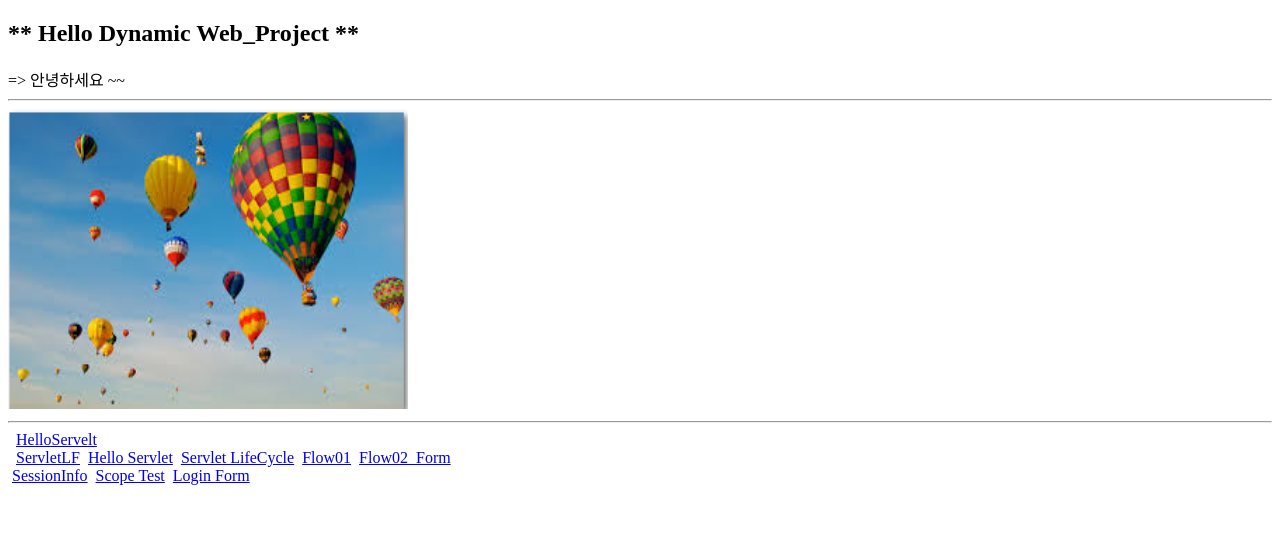
Repository: nameground/Java
Page: http://localhost/Web01/
These files come from the project's save history. The page is drawn as it stood at one moment and after the next save; the edit follows.
The browser window is 1280 px wide. The pictures show the whole page.
The page is served by Tomcat 9. Nobody is signed in. The application's start-up code is not run. Other server files are loaded and not shown.

Above is the page before, as saved 2023-10-12 03:15:12.

### mTest/Mywork/Web01/src/main/webapp/index.jsp
<%@ page language="java" contentType="text/html; charset=UTF-8"
    pageEncoding="UTF-8"%>
<!DOCTYPE html>
<html>
<head>
<meta charset="UTF-8">
<title>Insert title here</title>
</head>
<body>
<h2>** Hello Dynamic Web_Project **</h2>
=> 안녕하세요 ~~ <br>
<hr>
<img src="./images/a2.png" width ="400" height="300">
<hr>
&nbsp; <a href="/Web01/helloS">HelloServelt</a> <br>
&nbsp; <a href="/Web01/lifecycle">ServletLF</a>
&nbsp;<a href="/Web01/helloS">Hello Servlet</a>
&nbsp;<a href="/Web01/lifeCycle">Servlet LifeCycle</a>
&nbsp;<a href="/Web01/flow01">Flow01</a>
&nbsp;<a href="/Web01/servletTestForm/flow02_TestForm.jsp">Flow02_Form</a><br>
&nbsp;<a href="/Web01/sessioni">SessionInfo</a>
&nbsp;<a href="/Web01/01set">Scope Test</a>
&nbsp;<a href="/Web01/servletTestForm/flowEx04_LoginForm.jsp">Login Form</a>
</body>
</html>

After the next save:
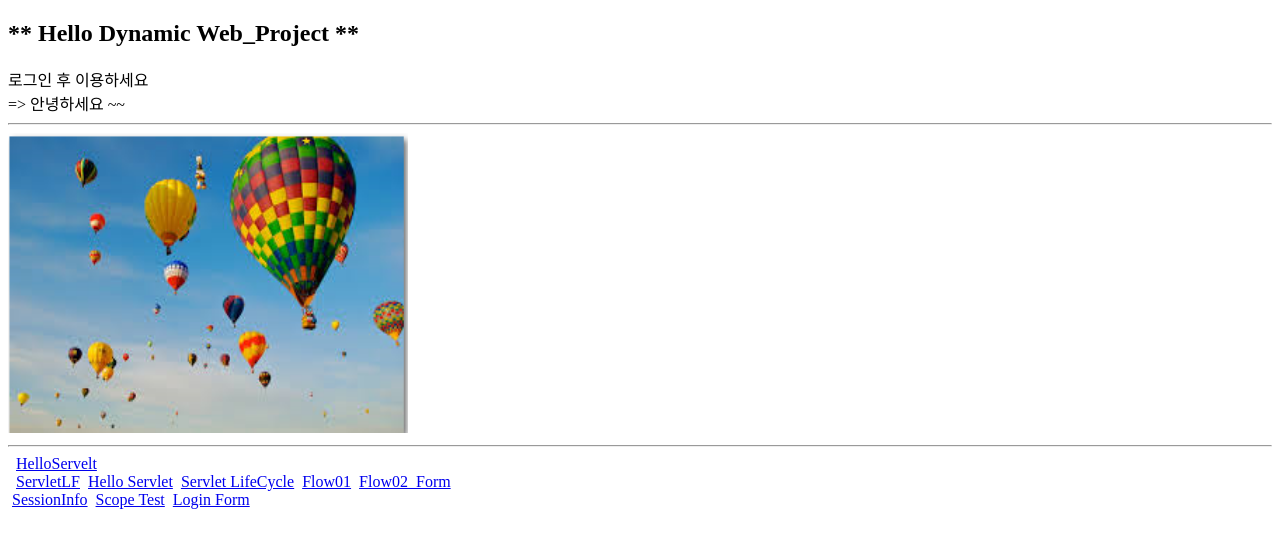
Saved 7 min 32 s later.
--- a/mTest/Mywork/Web01/src/main/webapp/index.jsp
+++ b/mTest/Mywork/Web01/src/main/webapp/index.jsp
@@ -8,6 +8,12 @@
 </head>
 <body>
 <h2>** Hello Dynamic Web_Project **</h2>
+<%
+	if( session.getAttribute("loginName") != null ){ %>
+		<%=session.getAttribute("loginName") %> 님 안녕하세요 ~~ <br>
+<%	}else { %>
+	로그인 후 이용하세요 <br>
+<% }%>
 => 안녕하세요 ~~ <br>
 <hr>
 <img src="./images/a2.png" width ="400" height="300">
